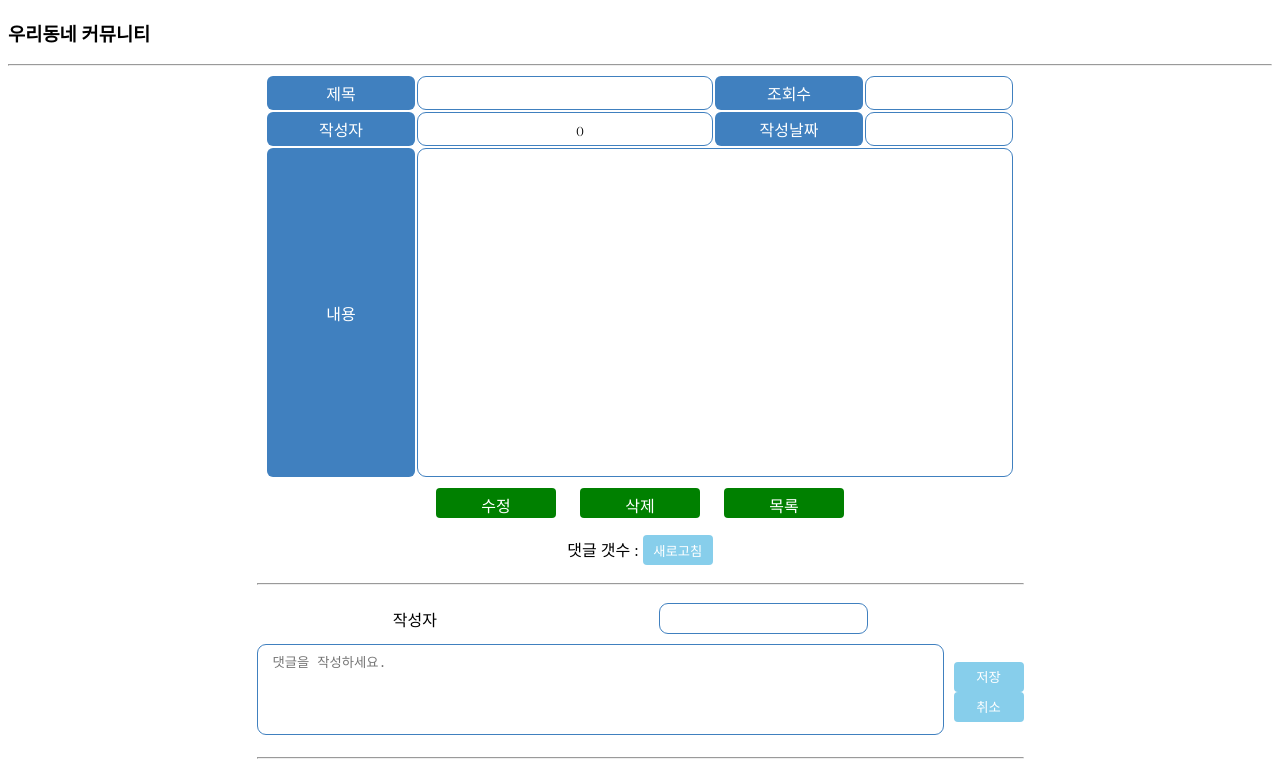
Repository: Suuukim/java_spring
Page: http://localhost/7freeboard/WEB-INF/views/community/detail.jsp
An editor plug-in stored every save of this project. The page is shown before and after the next save, followed by the edit.
The browser window is 1280 px wide. The pictures show the whole page.
The page is served by Tomcat 9. Nobody is signed in. The template is opened directly, without the code that normally fills it, so the values that code supplies are empty.

Above is the page before, as saved 2022-04-18 06:06:50.

After the next save:
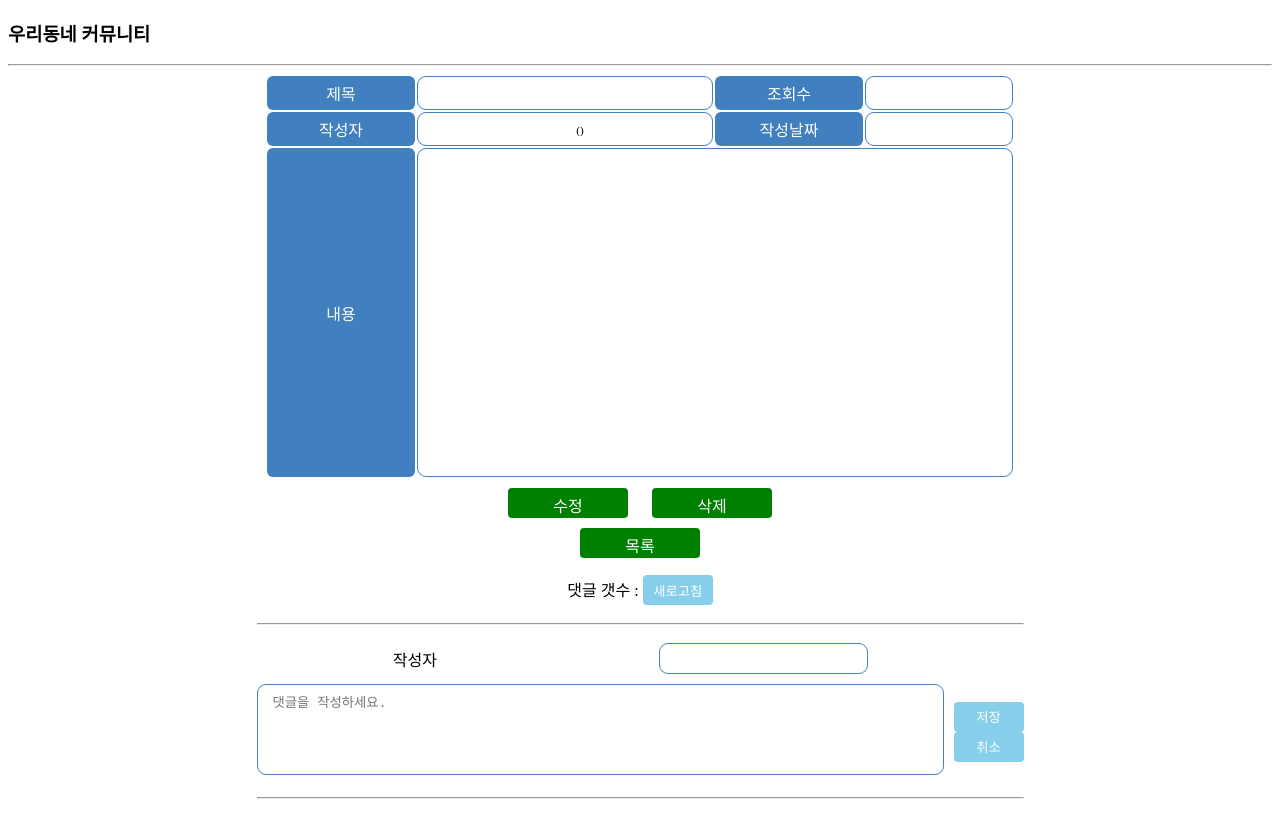
Saved 4 min 34 s later.
--- a/7freeboard/src/main/webapp/WEB-INF/views/community/detail.jsp
+++ b/7freeboard/src/main/webapp/WEB-INF/views/community/detail.jsp
@@ -37,6 +37,7 @@
     document.forms[0].submit();
 }
 function deleteOk(){
+	del.action="/delete";
 	if(confirm(`${bean.idx} 번 글을 삭제하시겠습니까?`)==true){
 		location.href=`delete?idx=${bean.idx}&pageNo=${page}`;
 		//삭제 후에는 pageNo=${page} 에 해당하는 글목록으로 이동합니다.
@@ -81,6 +82,7 @@
  		 -->
 	 		<a class="button" href="javascript:update()">수정</a>
  			<a class="button" href="javascript:deleteOk()">삭제</a>
+ 			<form method="post" name="del"/>
  		</span>
  		<a class="button" href="list?pageNo=${page }">목록</a>
  	</td>

After the 2 saves that followed:
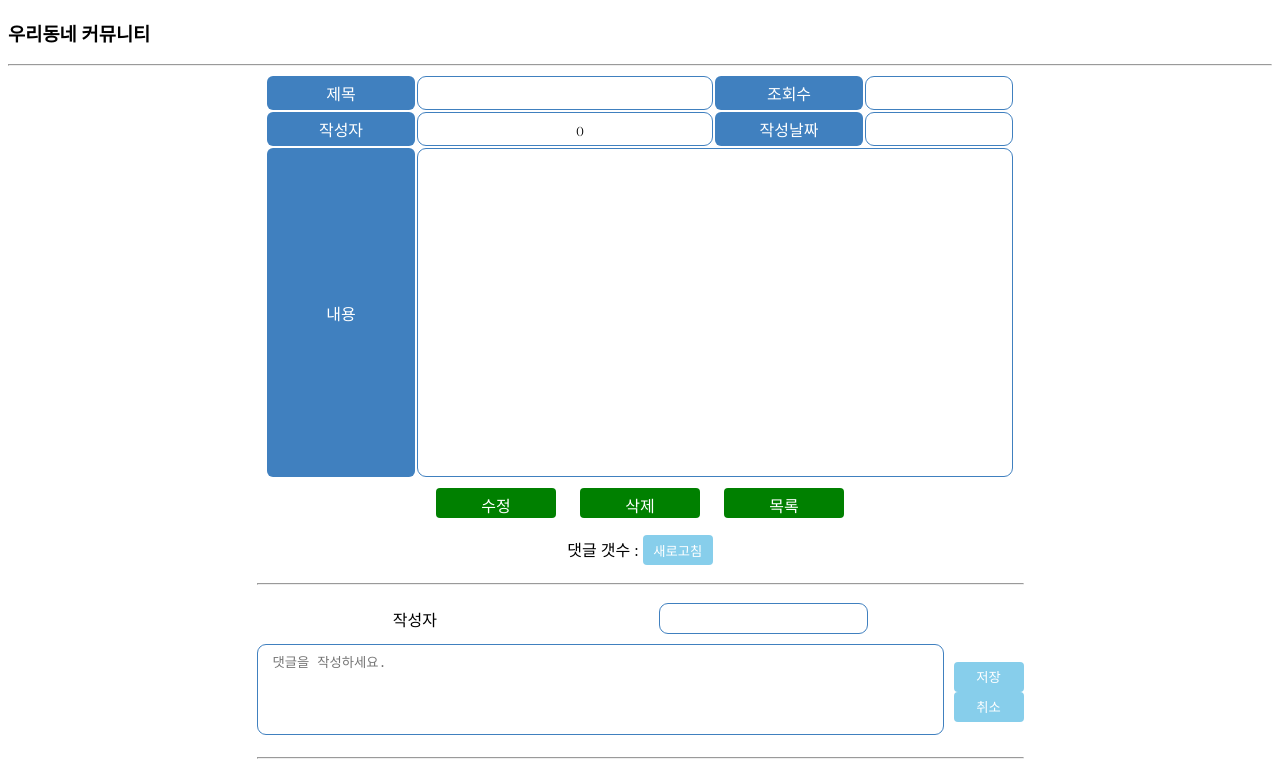
The 2 saves are shown as one change because they came seconds apart.
The last was saved 7 min 6 s later.
--- a/7freeboard/src/main/webapp/WEB-INF/views/community/detail.jsp
+++ b/7freeboard/src/main/webapp/WEB-INF/views/community/detail.jsp
@@ -37,7 +37,7 @@
     document.forms[0].submit();
 }
 function deleteOk(){
-	del.action="/delete";
+
 	if(confirm(`${bean.idx} 번 글을 삭제하시겠습니까?`)==true){
 		location.href=`delete?idx=${bean.idx}&pageNo=${page}`;
 		//삭제 후에는 pageNo=${page} 에 해당하는 글목록으로 이동합니다.
@@ -82,7 +82,7 @@
  		 -->
 	 		<a class="button" href="javascript:update()">수정</a>
  			<a class="button" href="javascript:deleteOk()">삭제</a>
- 			<form method="post" name="del"/>
+
  		</span>
  		<a class="button" href="list?pageNo=${page }">목록</a>
  	</td>
